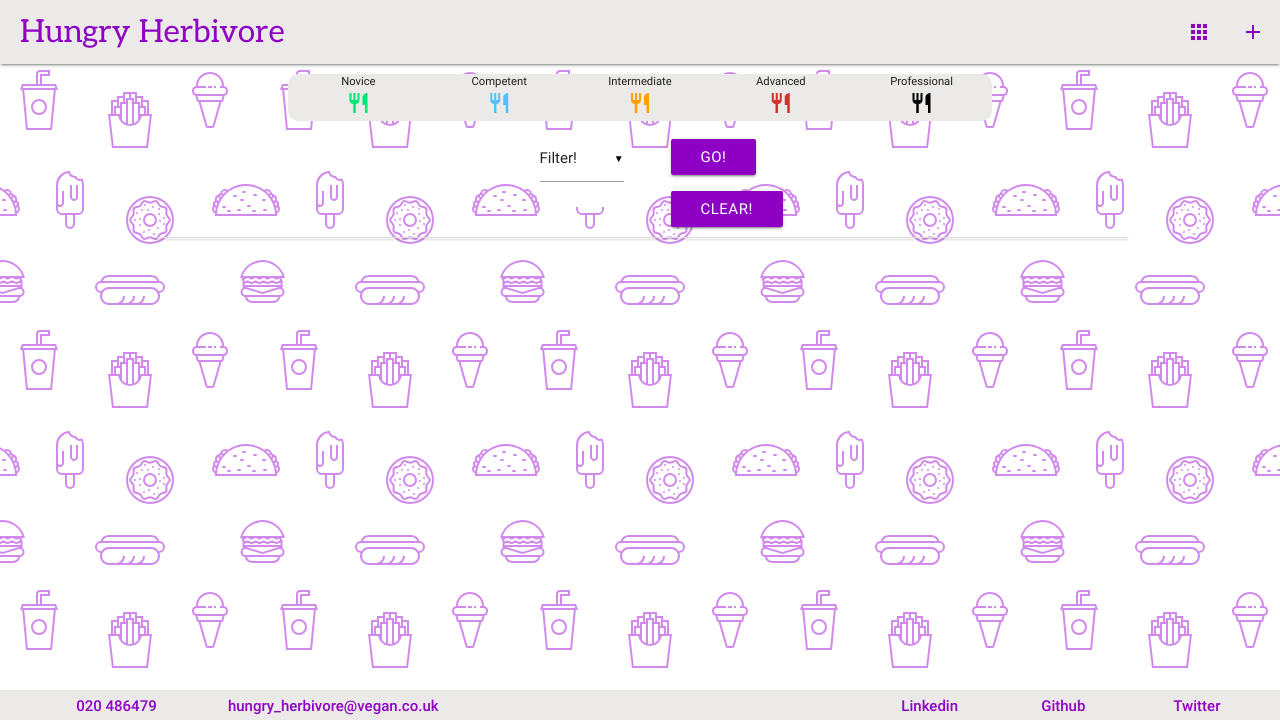
Repository: tgarratt/HungryHerbivore-Milestone3
Page: templates/recipes.html
The author's editor kept a record of every edit. The page is drawn from the files as they stood at one moment, then again after the next edit.
The browser window is 1280 px wide. The pictures show the whole page.
The template is drawn by Flask 3. The application's start-up code is not run. The template is opened directly, without the code that normally fills it, so the values that code supplies are empty.

Above is the page before.

After the next edit:
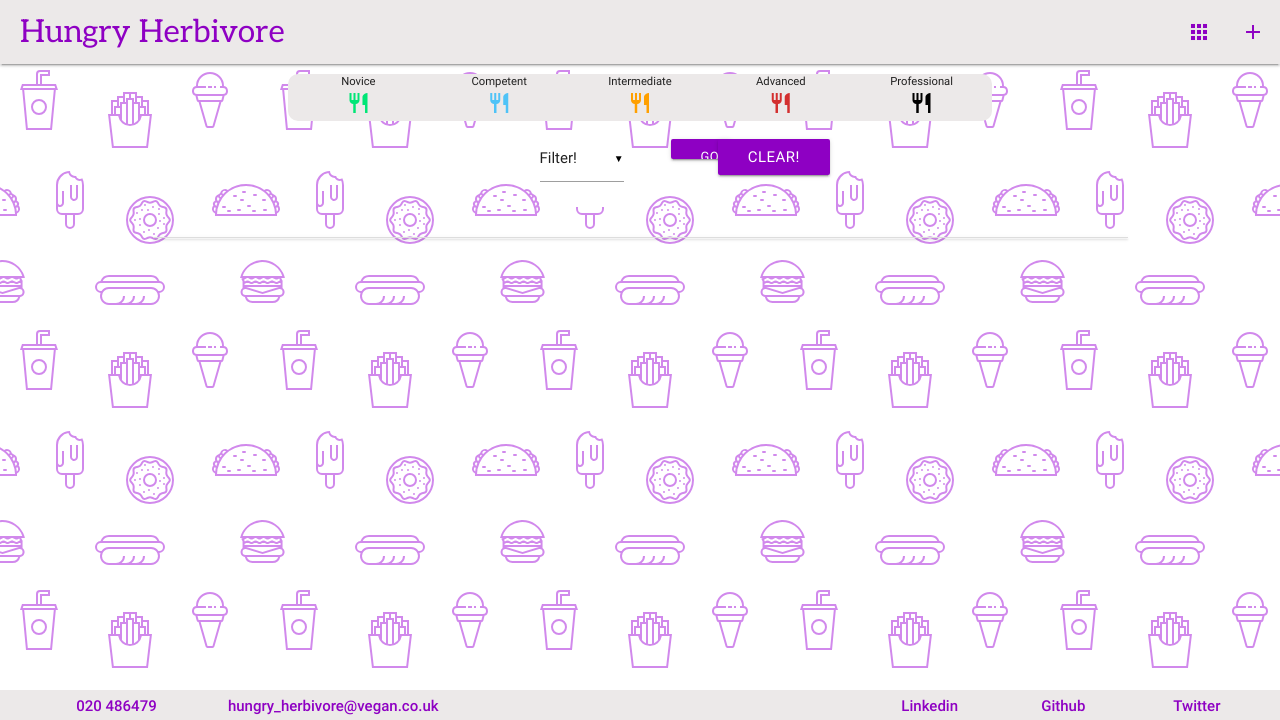
The edit:
--- a/templates/recipes.html
+++ b/templates/recipes.html
@@ -39,9 +39,9 @@
                 </select>
                 </div>
             </div>
-            <div class="search-button buttons-hover row col m6">
-                <div class="col m6">
-                    <button class="btn waves-effect waves-light buttons buttons-hover " type="submit" name="action">Go!</button>
+            <div class="row col m6">
+                <div class=" buttons-hover col m6">
+                    <button class="btn waves-effect waves-light buttons buttons-hover search-button" type="submit" name="action">Go!</button>
                 </div>
                 <div class="search-button buttons-hover col m6">
                     <a href="{{url_for('get_recipes')}}" class="waves-effect waves-light btn buttons buttons-hover">Clear!</a>
